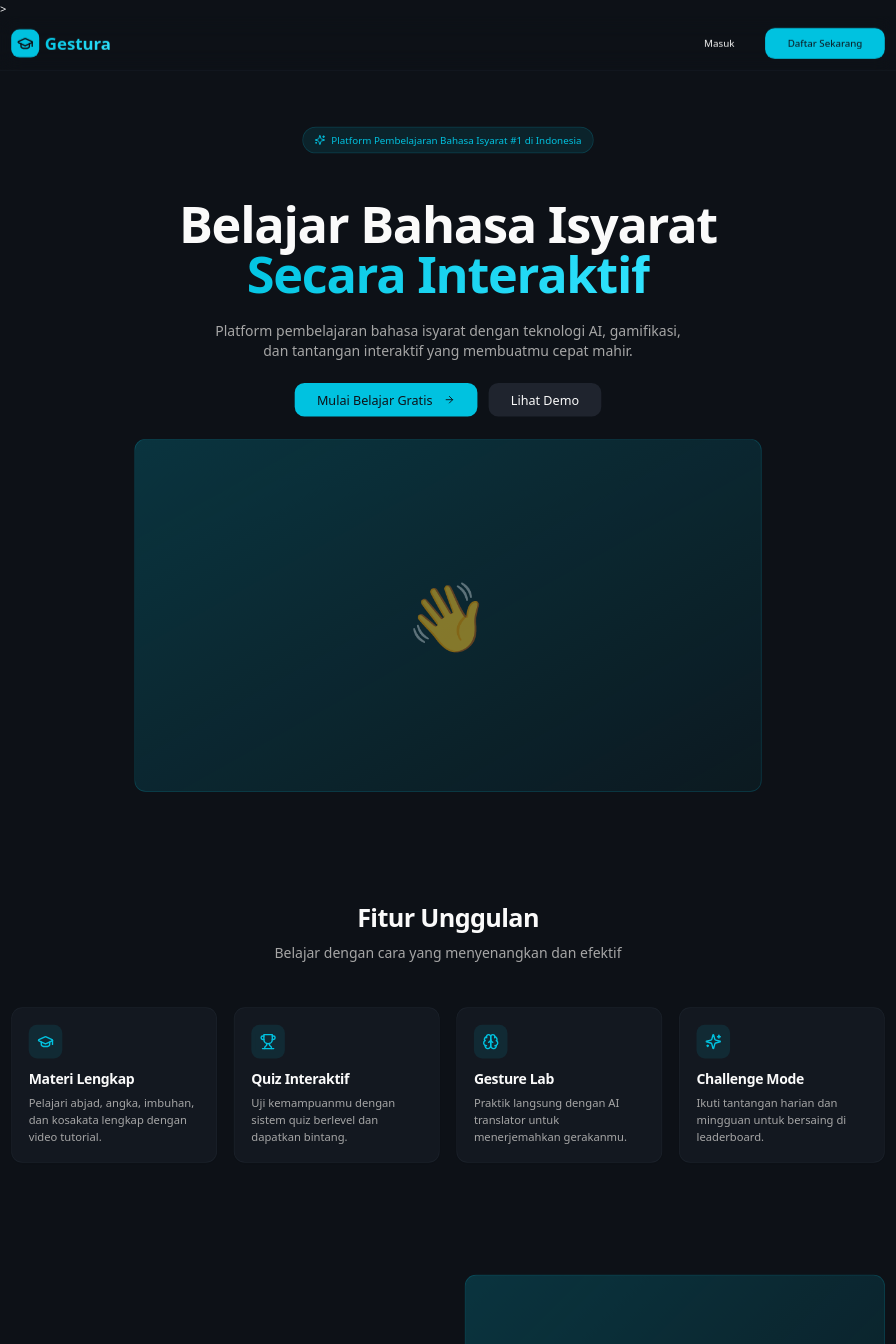
Repository: Tisna7/GESTURA
Page: resources/views/welcome.blade.php
An editor plug-in stored every save of this project. The page is shown before and after a run of saves, followed by the edit.
The browser window is 1280 px wide. The pictures show the part of the page from y = 0 to 1920 px (the page is 3823 px tall before and 3799 px after), at 70% of full size.
The page is served by the project's Laravel application, run on PHP 8.4 with Laravel 12. Style sheets and scripts are compiled from the project's sources, by tool versions that may differ from the author's. The template is opened directly, without the code that normally fills it, so the values that code supplies are empty.

Above is the page before, as saved 2025-11-21 22:40:11.

After the next 5 saves:
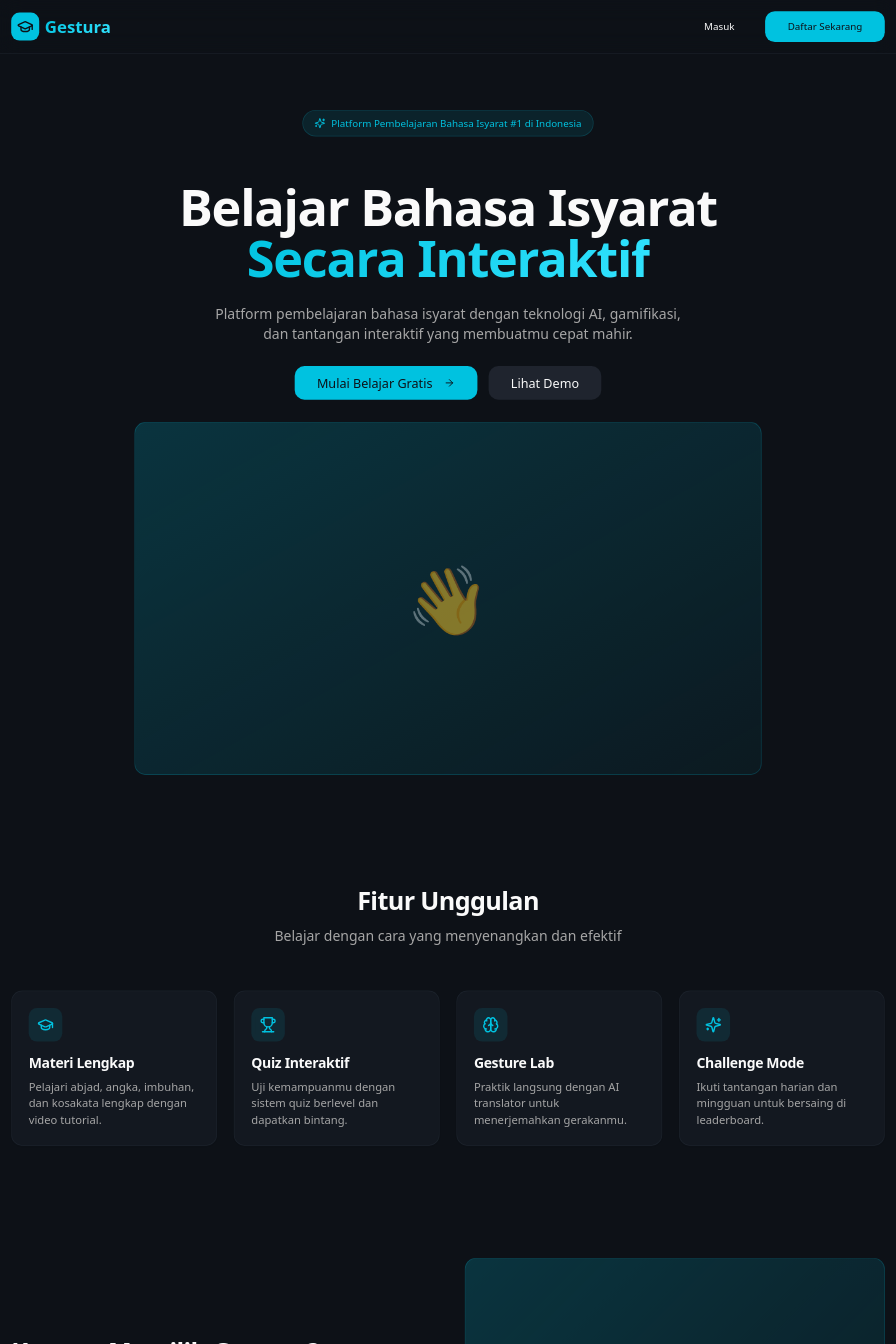
The 5 saves are shown as one change because they came seconds apart.
The last was saved 22 s later.
--- a/resources/views/welcome.blade.php
+++ b/resources/views/welcome.blade.php
@@ -1,5 +1,7 @@
 @extends('app')
-  >
+@section('title', 'Selamat Datang di Gestura')
+@section('content')
+
     <div class="min-h-screen bg-background">
     <nav class="border-b border-border/50 backdrop-blur-lg sticky top-0 z-50">
         <div class="container mx-auto px-4 py-4 flex items-center justify-between">
